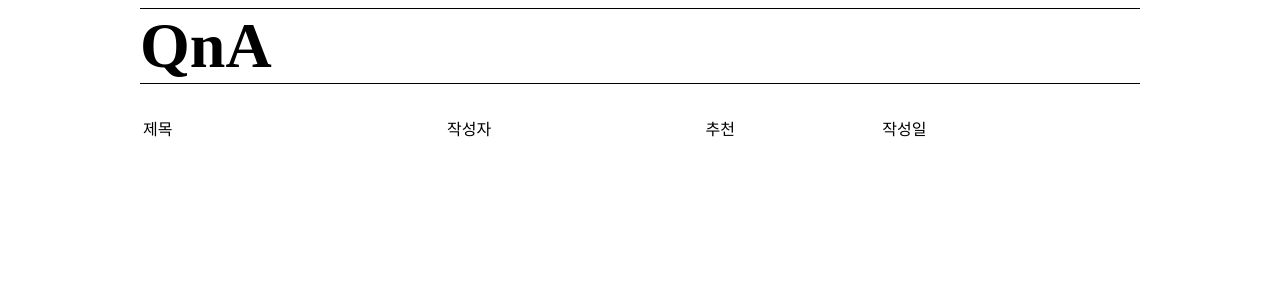
Repository: shbaksa/study
Page: http://localhost/mw_0621/qna_m/main.jsp
The author's editor kept a copy of each file at every save. The page is drawn from the files as they stood at one save, then again after the next save.
The browser window is 1280 px wide. The pictures show the whole page.
The page is served by Tomcat 9. Queries for data that is not in the repository find no rows.

Above is the page before, as saved 2022-06-21 00:24:13.

After the next save:
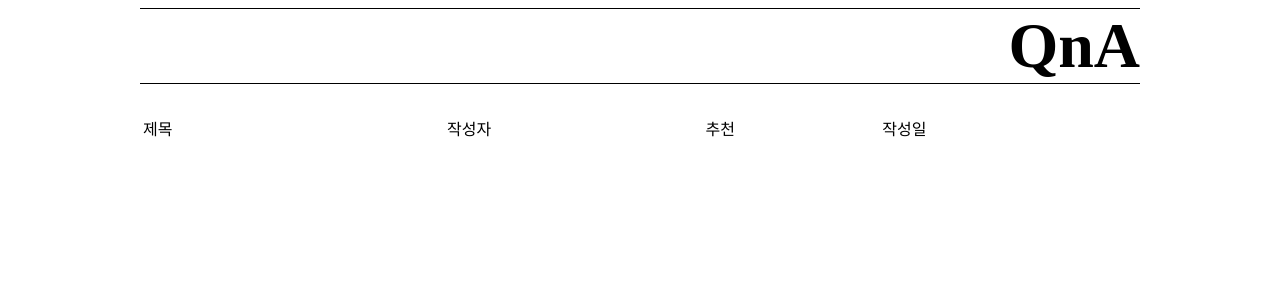
Saved 9 s later.
--- a/mw_0621/src/main/webapp/qna_m/main.jsp
+++ b/mw_0621/src/main/webapp/qna_m/main.jsp
@@ -21,7 +21,7 @@
 		border-top : 1px solid black;
 		border-bottom : 1px solid black;
 		font-size : 64px;
-		text-align : left;
+		text-align : right;
 	}
 	tr:frist-child > td {
 		border-bottom : 1px solid black;
